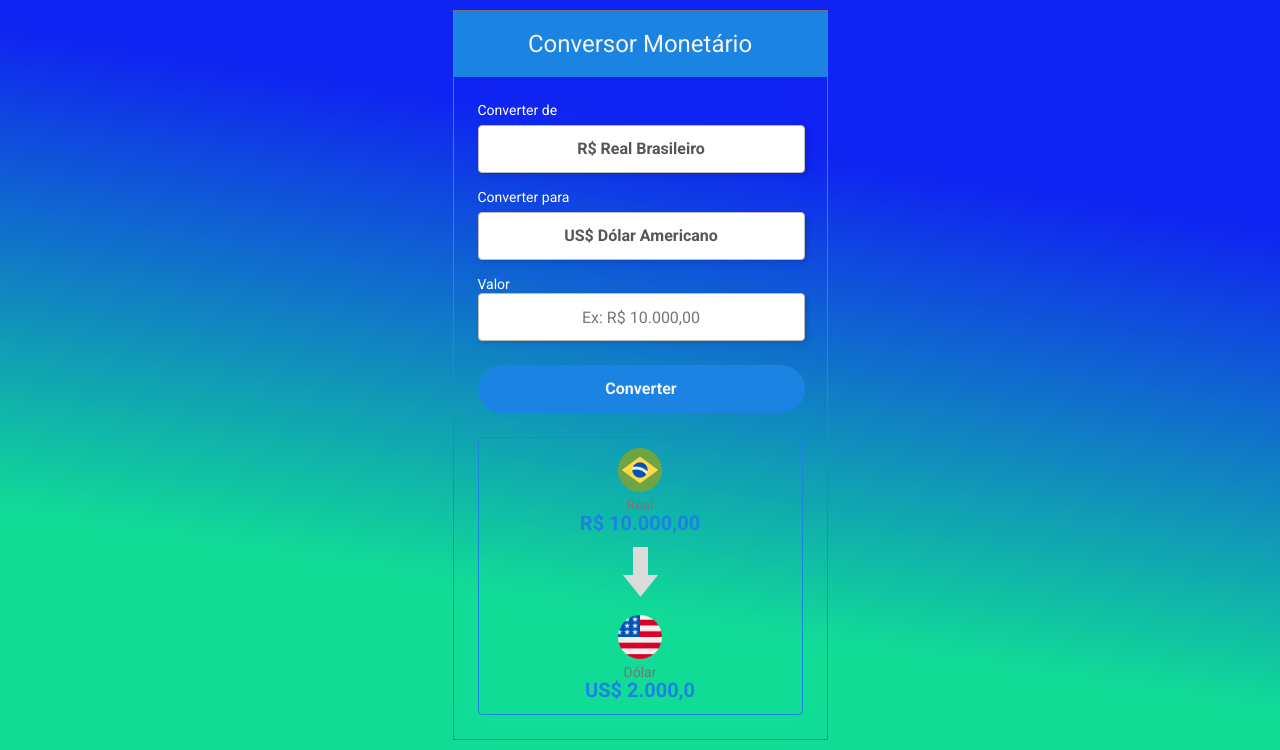
Repository: isayrous/coin-converter
Page: index.html
An editor plug-in stored every save of this project. The page is shown before and after the next save, followed by the edit.
The browser window is 1280 px wide. The pictures show the whole page.

Above is the page before, as saved 2022-11-02 23:53:01.

### index.html
<!DOCTYPE html>
<html lang="pt-br">
<head>
    <meta charset="UTF-8">
    <meta http-equiv="X-UA-Compatible" content="IE=edge">
    <meta name="viewport" content="width=device-width, initial-scale=1.0">
    <link rel='stylesheet' href="./style.css">
    <link rel="preconnect" href="https://fonts.googleapis.com">
    <link rel="preconnect" href="https://fonts.gstatic.com" crossorigin>
    <link href="https://fonts.googleapis.com/css2?family=Roboto:wght@400;700&display=swap" rel="stylesheet">
    <title>Conversor Monetário</title>
</head>
<body>
    <div class="container">

        <header>
            <h1>Conversor Monetário</h1>
        </header>

        <main>
            <label>
                Converter <strong>de</strong>
                <select id="first-select">
                    <option>R$ Real Brasileiro</option>
                    <option>US$ Dólar Americano</option>
                    <option>Bitcoin</option>
                    <option>€ Euro</option>
                </select>
            </label>

            <label>
                Converter <strong>para</strong>
                <select id="seccond-select">
                    <option>US$ Dólar Americano</option>
                    <option>Bitcoin</option>
                    <option>€ Euro</option>
                    <option>R$ Real Brasileiro</option>
                </select>
            </label>

            <label>
                <b>Valor</b>
                <input id='values' placeholder="Ex: R$ 10.000,00">
            </label>

            <button id="button-converter" >Converter</button>

            <section>
                <div>
                    <img id="currency-img1" src="./assets/BRL.png">
                    <p id="first-currency">Real</p>
                    <p id="return-input1" class="value">R$ 10.000,00</p>
                </div>

                <img src="./assets/Vector.png"><br>

                <div>
                    <img id="currency-img2" src="./assets/USA.png">
                    <p id ="seccond-currency">Dólar</p>
                    <p id="return-input2" class="value">US$ 2.000,0</p>
                </div>

            </section>

        </main>

    </div>

</body>
<script src='./scripts.js'></script>
</html>

### style.css
* {
    padding: 0;
    margin: 0;
    box-sizing: border-box;
    font-family: 'Roboto', sans-serif;
    font-style: normal;
    font-weight: normal;
    line-height: 18px;
}

body{
    background: linear-gradient(189deg, rgba(15,35,242,1) 24%, rgba(17,220,150,1) 75%);
    width: 100%;
    height: 100%;
    display: flex;
    justify-content: center;
    padding: 10px;
}

.container {
    height: 100%;
    width: 375px;
    background: transparent;
    border: 1px solid #727272;
    backdrop-filter: blur(15px);
}

header {
    background-color: #1b83e2;
    height: 66px;
    display: flex;
    justify-content: center;
    align-items: center;
}

h1 {
    font-size: 24px;
    color:#F4F4F4;
}

main {
    padding: 24px;
}

label{
    font-weight: 400;
    font-size: 14px;
    color: #fff;
    width: 375px;
}

select{
    width: 327px;
    height: 48px;
    background: #FFFFFF;
    border: 1px solid #BBBBBB;
    border-radius: 4px;
    font-weight: 700;
    font-size: 16px;
    color: #555555;
    text-align: center;
    display: block;
    cursor: pointer;
    outline: none;
    appearance: none;
    box-shadow: 2px 2px 5px 0px #00000026;
    margin-bottom: 15px;
    margin-top: 6px;
}

input{
    width: 327px;
    height: 48px;
    background: #FFFFFF;
    border: 1px solid #BBBBBB;
    border-radius: 4px;
    font-weight: 700;
    font-size: 16px;
    color: #555555;
    text-align: center;
    box-shadow: 2px 2px 5px 0px #00000026;
    outline: none;

}

button {
    background: #1B83E2;
    border-radius: 25px;
    height: 48px;
    width: 327px;
    font-weight: 700;
    font-size: 16px;
    color: #F4F4F4;
    margin: 24px 0px 24px;
    border: none;
    cursor: pointer;
}

button:hover {
    opacity: 0.8;
}

button:active {
    opacity: 0.7;
}

section{
    border: 1px solid #1B83E2;
    border-radius: 4px;
    padding-top: 10px;
    display: flex;
    flex-direction: column;
    align-items: center;
    text-align: center;
}

p {
    font-weight: 400;
    font-size: 14px;
    color: #777777;
}

.value {
    color: #1B83E2;
    font-weight: 700;
    font-size: 20px;
    margin-bottom: 15px;
}

input::placeholder{color: #777777;
    font-weight: 100;}


@media screen and (max-width: 900px){
    .container {
        height: 100%;
        width: 100%;
    }

    header {
        height: 50px;
    }

    h1 {
        font-size: 20px;
    }

    main {
        padding: 4%;
    }

    label{
        font-size: 0.8rem;
    }

    select{
        font-size: 1rem;
        color: #555555;
        margin-bottom: 10px;
    }

    input{
        font-size: 1rem;
    }

    button {
        font-size: 1rem;
    }

    p {
        font-weight: 700;
        font-size: 0.8rem;
        color: #777777;
    }

    .value {
        font-size: 1rem;
    }
}

### scripts.js
const convert = document.getElementById("button-converter")
const select2 = document.getElementById("seccond-select")
const select1 = document.getElementById("first-select")
/* REAL, DOLAR, BITCOIN , EURO */
const real = [5.16, 5.08]
const dolar = [0.19 , 0.98]
const euro = [0.20 , 1.02]
const bitcoin = [98137.74 , 19010.10 , 19269.79]


const convertvalue = () => {
    const input = document.getElementById("values").value
    const returninput1 = document.getElementById("return-input1")
    const returninput2 = document.getElementById("return-input2")
    /* RETURNS DO INPUT 1 */

    if (select1.value === 'R$ Real Brasileiro') {
        returninput1.innerHTML = new Intl.NumberFormat('pt-BR', {
            style: 'currency', currency: 'BRL'
        }).format(input)

        if (select2.value === 'US$ Dólar Americano') {
            returninput2.innerHTML = new Intl.NumberFormat('en-US', {
                style: 'currency', currency: 'USD'
            }).format(input * dolar[0])
        }
        else if (select2.value === '€ Euro') {
            returninput2.innerHTML = new Intl.NumberFormat('de-DE', {
                style: 'currency', currency: 'EUR'
            }).format(input * euro[0])
        }
        else if (select2.value === 'Bitcoin'){
            returninput2.innerHTML = (input / bitcoin[0]).toFixed(2)
        }
        else if (select2.value === 'R$ Real Brasileiro') {
            returninput2.innerHTML = new Intl.NumberFormat('pt-BR', {
                style: 'currency', currency: 'BRL'
            }).format(input)
        }
    }


    else if (select1.value === 'US$ Dólar Americano') {
        returninput1.innerHTML = new Intl.NumberFormat('en-US', {
            style: 'currency', currency: 'USD'
        }).format(input)

        if (select2.value === 'US$ Dólar Americano') {
            returninput2.innerHTML = new Intl.NumberFormat('en-US', {
                style: 'currency', currency: 'USD'
            }).format(input)
        }
        else if (select2.value === '€ Euro') {
            returninput2.innerHTML = new Intl.NumberFormat('de-DE', {
                style: 'currency', currency: 'EUR'
            }).format(input * euro[1])
        }
        else if (select2.value === 'Bitcoin'){
            returninput2.innerHTML = (input / bitcoin[1]).toFixed(2)
        }
        else if (select2.value === 'R$ Real Brasileiro') {
            returninput2.innerHTML = new Intl.NumberFormat('pt-BR', {
                style: 'currency', currency: 'BRL'
            }).format(input * real[0])
        }

    }

    else if (select1.value === '€ Euro') {
        returninput1.innerHTML = new Intl.NumberFormat('de-DE', {
            style: 'currency', currency: 'EUR'
        }).format(input)

        if (select2.value === 'US$ Dólar Americano') {
            returninput2.innerHTML = new Intl.NumberFormat('en-US', {
                style: 'currency', currency: 'USD'
            }).format(input * dolar[1])
        }
        else if (select2.value === '€ Euro') {
            returninput2.innerHTML = new Intl.NumberFormat('de-DE', {
                style: 'currency', currency: 'EUR'
            }).format(input)
        }
        else if (select2.value === 'Bitcoin'){
            returninput2.innerHTML = (input / bitcoin[1]).toFixed(2)
        }
        else if (select2.value === 'R$ Real Brasileiro') {
            returninput2.innerHTML = new Intl.NumberFormat('pt-BR', {
                style: 'currency', currency: 'BRL'
            }).format(input * real[1])
        }
    }

    else if (select1.value === 'Bitcoin') {
        returninput1.innerHTML = (input)

        if (select2.value === 'US$ Dólar Americano') {
            returninput2.innerHTML = new Intl.NumberFormat('en-US', {
                style: 'currency', currency: 'USD'
            }).format(input * bitcoin[1])
        }
        else if (select2.value === '€ Euro') {
            returninput2.innerHTML = new Intl.NumberFormat('de-DE', {
                style: 'currency', currency: 'EUR'
            }).format(input * bitcoin[2])
        }
        else if (select2.value === 'Bitcoin'){
            returninput2.innerHTML = (input)
        }
        else if (select2.value === 'R$ Real Brasileiro') {
            returninput2.innerHTML = new Intl.NumberFormat('pt-BR', {
                style: 'currency', currency: 'BRL'
            }).format(input * bitcoin[0])
        }


    }

}

const change2 = () => {
    const currencyName2 = document.getElementById("seccond-currency")
    const currencyImg2 = document.getElementById("currency-img2")

    if (select2.value === '€ Euro') {
        currencyName2.innerHTML = '€ Euro'
        currencyImg2.src = "./assets/EURO.png"
    } else if (select2.value === 'Bitcoin') {
        currencyName2.innerHTML = 'Bitcoin'
        currencyImg2.src = "./assets/BITCOIN.png"
    } else if (select2.value === 'US$ Dólar Americano') {
        currencyName2.innerHTML = 'Dólar'
        currencyImg2.src = "./assets/USA.png"
    } else if (select2.value === 'R$ Real Brasileiro') {
        currencyName2.innerHTML = 'Real'
        currencyImg2.src = "./assets/BRL.png"
    }

    convertvalue()
}

const change1 = () => {
    const currencyName1 = document.getElementById("first-currency")
    const currencyImg1 = document.getElementById("currency-img1")

    if (select1.value === '€ Euro') {
        currencyName1.innerHTML = '€ Euro'
        currencyImg1.src = "./assets/EURO.png"
    } else if (select1.value === 'Bitcoin') {
        currencyName1.innerHTML = 'Bitcoin'
        currencyImg1.src = "./assets/BITCOIN.png"
    } else if (select1.value === 'US$ Dólar Americano') {
        currencyName1.innerHTML = 'Dólar'
        currencyImg1.src = "./assets/USA.png"
    } else if (select1.value === 'R$ Real Brasileiro') {
        currencyName1.innerHTML = 'Real'
        currencyImg1.src = "./assets/BRL.png"
    }
    convertvalue()

}

convert.addEventListener('click', convertvalue)
select1.addEventListener('change', change1)
select2.addEventListener('change', change2)

After the next save:
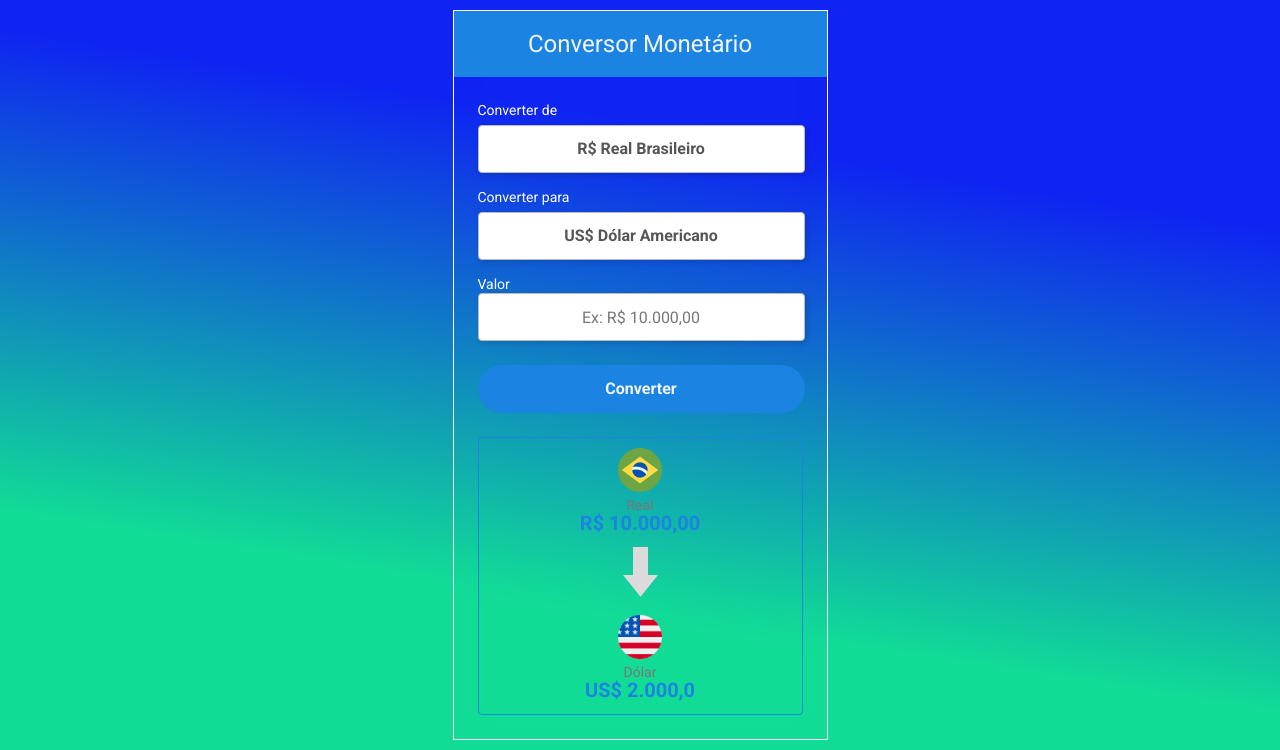
Saved 13 s later.
--- a/style.css
+++ b/style.css
@@ -21,7 +21,7 @@ body{
     height: 100%;
     width: 375px;
     background: transparent;
-    border: 1px solid #727272;
+    border: 1px solid #fff;
     backdrop-filter: blur(15px);
 }
 
